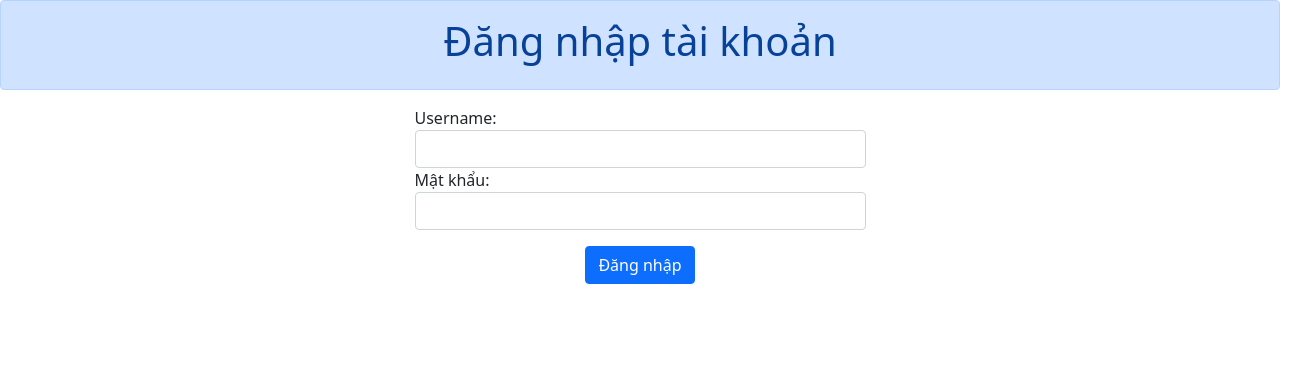
Repository: Carwyn1101/NguyenDinhHongPhuc_22133041
Page: http://localhost/LapTrinhWeb/views/login.jsp
These files come from the project's save history. The page is drawn as it stood at one moment and after the next save; the edit follows.
The browser window is 1280 px wide. The page is 1292 px wide, so the pictures cover 1292 px, including what lies to the right of the window. The pictures show the whole page.
The page is served by Tomcat 10. Nobody is signed in. The application's start-up code is not run. Other server files are loaded and not shown.

Above is the page before, as saved 2024-09-11 02:48:20.

### LapTrinhWeb/src/main/webapp/views/login.jsp
<%@ page language="java" contentType="text/html; charset=UTF-8"
	pageEncoding="UTF-8"%>
<!DOCTYPE html>
<html>
<head>
<meta charset="UTF-8">
<meta name="viewport" content="width=device-width, initial-scale=1">
<!-- Bootstrap CSS -->
<link
	href="https://cdn.jsdelivr.net/npm/bootstrap@5.0.2/dist/css/
bootstrap.min.css"
	rel="stylesheet">
<title>Đăng nhập tài khoản</title>
</head>
<body>
	<header class="row">
		<div class="col">
			<div class="alert alert-primary col" align="center" >
				<h1>Đăng nhập tài khoản</h1>
			</div>
		</div>
	</header>
	<div class="container">
		<div class="row justify-content-center">
			<div class="col-12 col-md-5">
				<form action="login" method="post">
					<div class="form-group">
						<label for="username">Username:</label> <input type="text" id="username"
							name="username" class="form-control" />
					</div>
					<div class="form-group">
						<label for="password">Mật khẩu: </label> <input type="password"
							id="password" name="password" class="form-control" />
					</div>
					<div class="form-group mt-3" align="center">
						<button type="submit" class="btn btn-primary">Đăng nhập</button>
					</div>
				</form>
			</div>
		</div>
	</div>
</body>
</html>

After the next save:
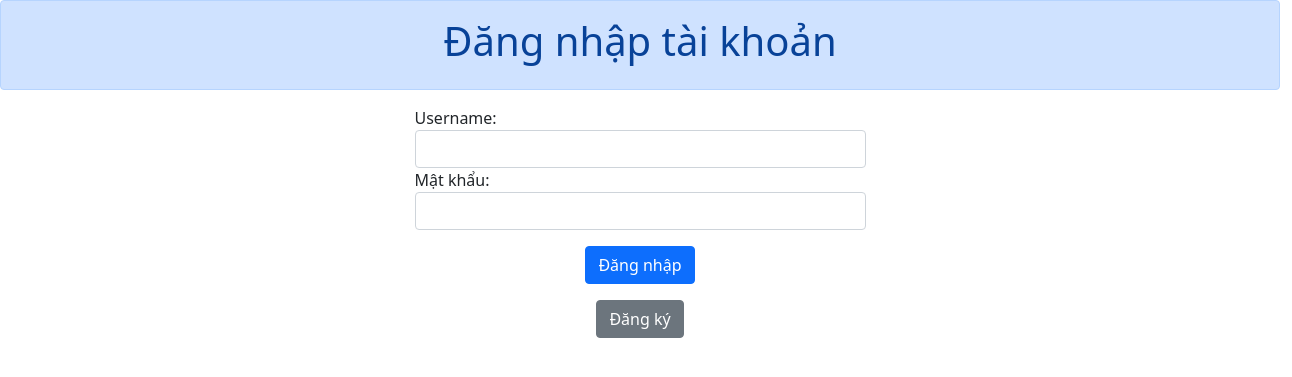
Saved 7 min 31 s later.
--- a/LapTrinhWeb/src/main/webapp/views/login.jsp
+++ b/LapTrinhWeb/src/main/webapp/views/login.jsp
@@ -35,6 +35,10 @@ bootstrap.min.css"
 					<div class="form-group mt-3" align="center">
 						<button type="submit" class="btn btn-primary">Đăng nhập</button>
 					</div>
+					<div class="form-group mt-3" align="center">
+						<!-- Button chuyển hướng tới trang đăng ký -->
+						<button type="button" class="btn btn-secondary" onclick="window.location.href='views/register.jsp'">Đăng ký</button>
+					</div>
 				</form>
 			</div>
 		</div>
